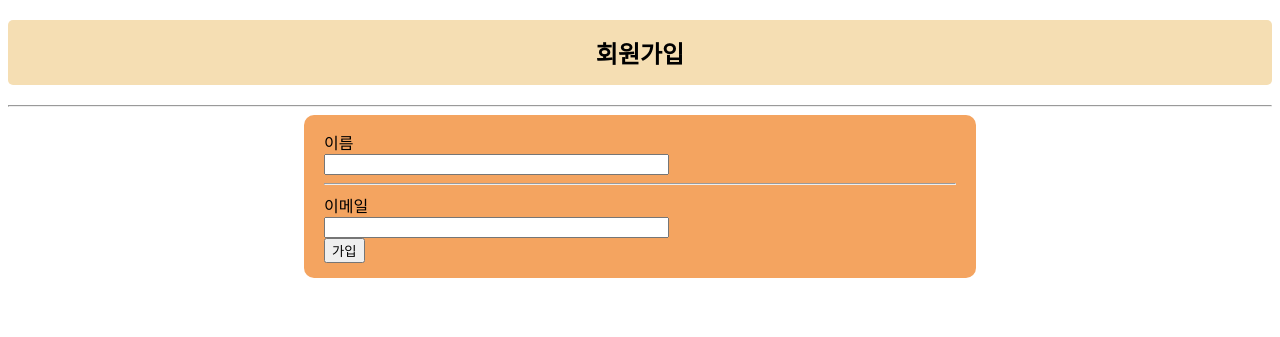
Repository: cruyffism/study-jsp2
Page: MyWorkspace/JspWeb/src/main/webapp/todo.html
These files come from the project's save history. The page is drawn as it stood at one moment and after the next save; the edit follows.
The browser window is 1280 px wide. The pictures show the whole page.

Above is the page before, as saved 2024-02-13 05:22:36.

After the next save:
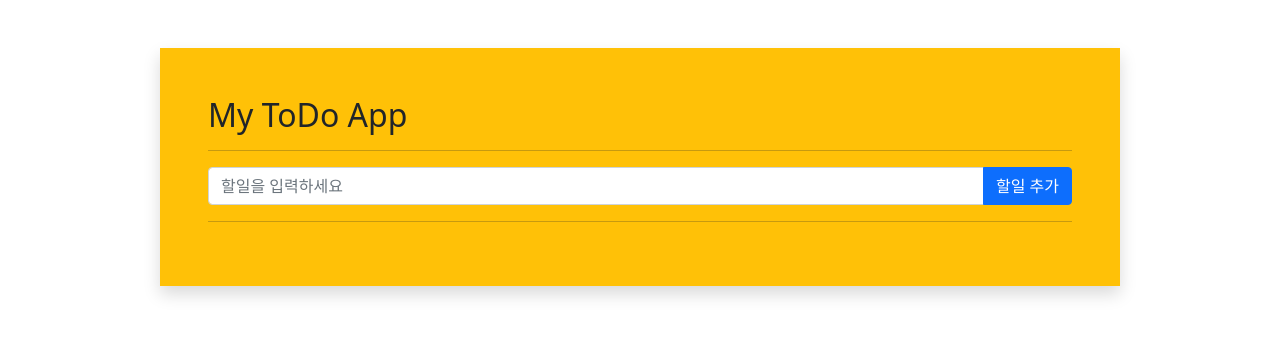
Saved 2 min 7 s later.
--- a/MyWorkspace/JspWeb/src/main/webapp/todo.html
+++ b/MyWorkspace/JspWeb/src/main/webapp/todo.html
@@ -2,56 +2,43 @@
 <html>
 <head>
 <meta charset="EUC-KR">
-<title>로그인</title>
-<style>
-    h2 {
-       border-radius: 5px;
-       background-color: wheat;
-       text-align: center;
-       padding: 15px 0;
+<link href="https://cdn.jsdelivr.net/npm/bootstrap@5.0.0-beta1/dist/css/bootstrap.min.css" rel="stylesheet" integrity="sha384-giJF6kkoqNQ00vy+HMDP7azOuL0xtbfIcaT9wjKHr8RbDVddVHyTfAAsrekwKmP1" crossorigin="anonymous">
+<title>My Todo App</title>
+</head>
+<script>
+    function addItem(){
+        let todo = document.getElementById("item");
+        let list = document.getElementById("todolist");
+        let listitem = document.createElement("li");
+        listitem.className = "d-flex list-group-item list-group-item-action list-group-item-warning";
+        let xbtn = document.createElement("button");
+
+        xbtn.className ="btn-close ms-auto";
+
+        xbtn.onclick = function(e){
+            let pnod = e.target.parentNode;
+            list.removeChild(pnod);
+        }
+        listitem.innerText = todo.value;
+        listitem.appendChild(xbtn);
+        list.appendChild(listitem);
+
+        todo.value="";
+        todo.focus();
     }
+</script>
+<body>
 
-    #regform, #result {
-        padding: 15px 20px;
-    	border-radius: 10px;
-    	margin: auto;
-    	width: 50%;
-    	background-color: SandyBrown;
-    }
-</style>
-<script>
-	function signUp() {
-	alert("정말로 가입하시겠습니까?");
-	document.getElementById("regform").style.display = "none";
-	document.getElementById("rname").innerHTML = document.forms["form1"]["name"].value;
-	document.getElementById("remail").innerHTML = document.forms["form1"]["email"].value;
-	/* document.getElementById("rname").innerHTML = "document.form1.name.value";
-	document.getElementById("remail").innerHTML = "document.form1.email.value"; */
-	document.getElementById("result")       .setAttribute("style","display: block, background-color:khaki;");
-	}
-</script>
-</head>
-<body>
-	<h2>회원가입</h2>
-	<hr>
-	<div id="regform">
-		<form name="form1">
-			<label>이름</label><br>
-			<input type="text" name="name" size="40"><br>
-			<hr>
-			<label>이메일</label><br>
-			<input type="email" name="email" size="40"><br>
-			<button type = "button" onClick = "signUp()">가입</button>
-		</form>
-	</div>
-	<div id="result" class="result">
-		<h3>가입 정보</h3>
-		<hr>
-		이름: <span id="rname"></span><br>
-		이메일: <span id="remail"></span><br>
-	</div>
-	<Script>
-	document.getElementById("result").style.display = "none";
-	</Script>
+    <div class="container bg-warning shadow mx-auto mt-5 p-5 w-75">
+        <h2>My ToDo App</h2>
+        <hr>
+        <div class="input-group">
+            <input id="item" class="form-control" type="text" placeholder="할일을 입력하세요">
+            <button type="button" class="btn btn-primary" onclick="addItem()">할일 추가</button>
+        </div>
+        <hr>
+        <ul id="todolist" class="list-group"></ul>
+    </div>
+
 </body>
 </html>
